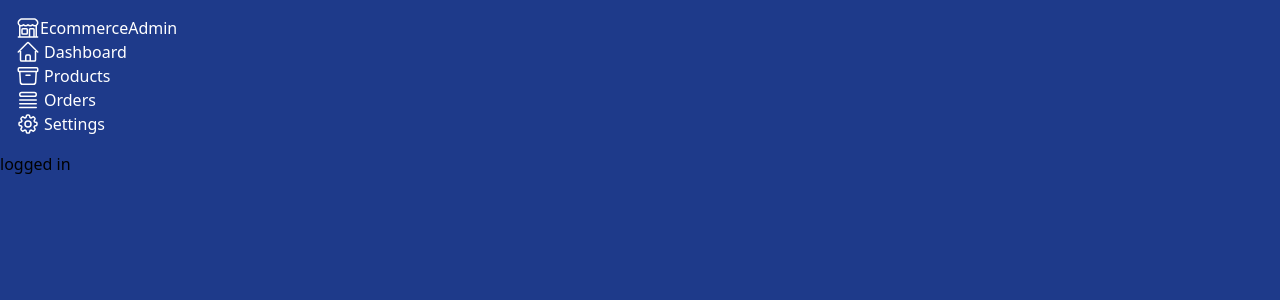
Repository: xoshiraghavx/CRUDS
Page: /
The author's editor kept a copy of each file at every save. The page is drawn from the files as they stood at one save, then again after the next save.
The browser window is 1280 px wide. The pictures show the whole page.
The page's requests for data from a server got no answer. The project was rebuilt for these pictures with package versions that can differ from the ones it lists, and the page was loaded fresh each time. The framework's server and built-in components were replaced by stand-ins that run in the browser. No one was signed in, and anything a server would have sent is missing. Also part of the build but not shown: next.config.mjs.

Above is the page before, as saved 2024-02-22 19:36:52.

After the next save:
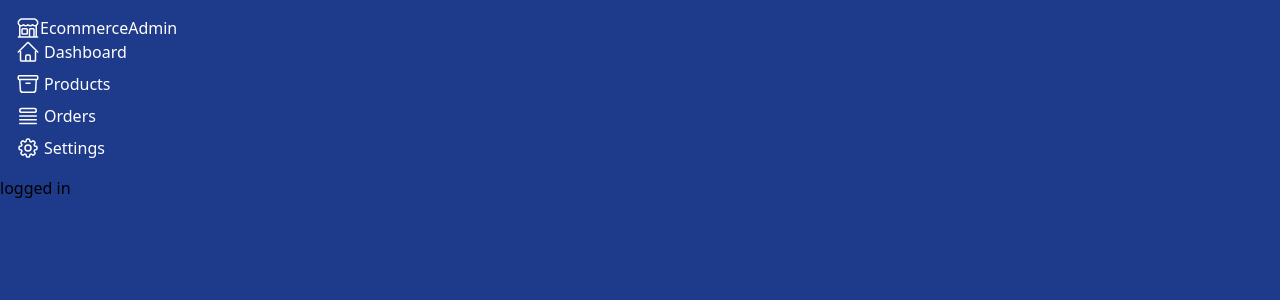
Saved 7 s later.
--- a/components/Nav.js
+++ b/components/Nav.js
@@ -12,7 +12,7 @@ const Nav = () => {
             EcommerceAdmin
         </span>
         </Link>
-        <nav className='flex flex-col'>
+        <nav className='flex flex-col gap-2'>
             <Link href={'/'} className='flex gap-1'>
             <svg xmlns="http://www.w3.org/2000/svg" fill="none" viewBox="0 0 24 24" strokeWidth={1.5} stroke="currentColor" className="w-6 h-6">
                 <path strokeLinecap="round" strokeLinejoin="round" d="m2.25 12 8.954-8.955c.44-.439 1.152-.439 1.591 0L21.75 12M4.5 9.75v10.125c0 .621.504 1.125 1.125 1.125H9.75v-4.875c0-.621.504-1.125 1.125-1.125h2.25c.621 0 1.125.504 1.125 1.125V21h4.125c.621 0 1.125-.504 1.125-1.125V9.75M8.25 21h8.25" />
